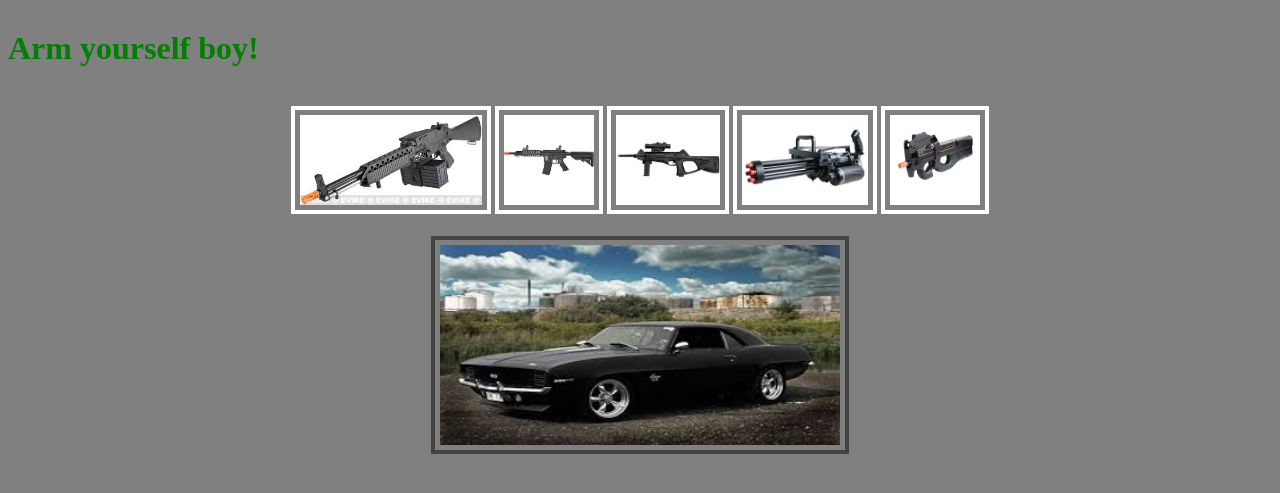
Repository: VladimirJetchev/JavaScriptHomework
Page: HomeworkJS/Task9JS/Task9JS.html
The author's editor kept a copy of each file at every save. The page is drawn from the files as they stood at one save, then again after the next save.
The browser window is 1280 px wide. The pictures show the whole page.

Above is the page before, as saved 2016-01-11 19:38:03.

### HomeworkJS/Task9JS/Task9JS.html
<!DOCTYPE html>
<html>
<head>
<link rel="stylesheet" type="text/css" href="Task9.css">
</head>
<body>
<h1>Arm yourself boy!</h1>
<div class="gallery" align="center">
	<br />
	<div class="thumbnails">
		<img onmouseover="preview.src=img1.src" name="img1" src="images/gun1.jpg" alt="no gun"/>
		<img onmouseover="preview.src=img2.src" name="img2" src="images/gun2.jpg" alt="no gun"/>
		<img onmouseover="preview.src=img3.src" name="img3" src="images/gun3.jpg" alt="no gun"/>
		<img onmouseover="preview.src=img4.src" name="img4" src="images/gun4.jpg" alt="no gun"/>
		<img onmouseover="preview.src=img5.src" name="img5" src="images/gun5.jpg" alt="no gun"/>
	</div><br/>
	<div class="preview" align="center">
		<img name="preview" src="images/car1.jpg" alt="no gun"/>
	</div>
</div>
</body>
</html>

### HomeworkJS/Task9JS/Task9.css
body {
	background: grey;
	color: green;
	margin-top: 30px;
}
a {
	color:blue;
}

.thumbnails img {
	height: 90px;
	border: 4px solid #FFFFFF;
	padding: 5px;

}

.thumbnails img:hover {
	border: 4px solid #00ccff;
	cursor:pointer;
}

.preview img {
	border: 4px solid #444;
	padding: 5px;
	width: 400px;
	height: 200px;
}

After the next save:
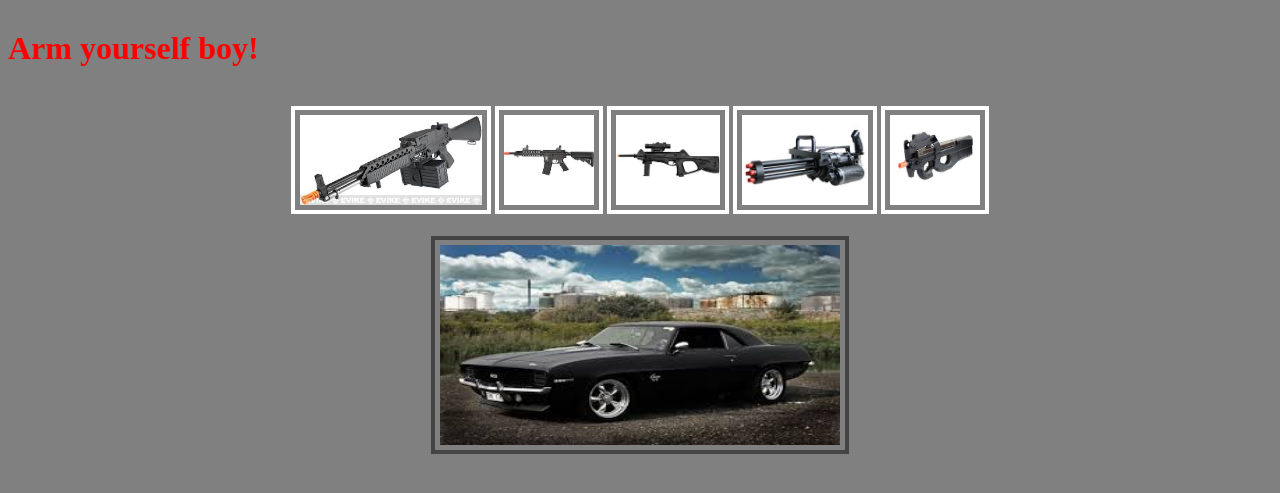
Saved 23 s later.
--- a/HomeworkJS/Task9JS/Task9.css
+++ b/HomeworkJS/Task9JS/Task9.css
@@ -1,6 +1,6 @@
 body {
 	background: grey;
-	color: green;
+	color: red;
 	margin-top: 30px;
 }
 a {
